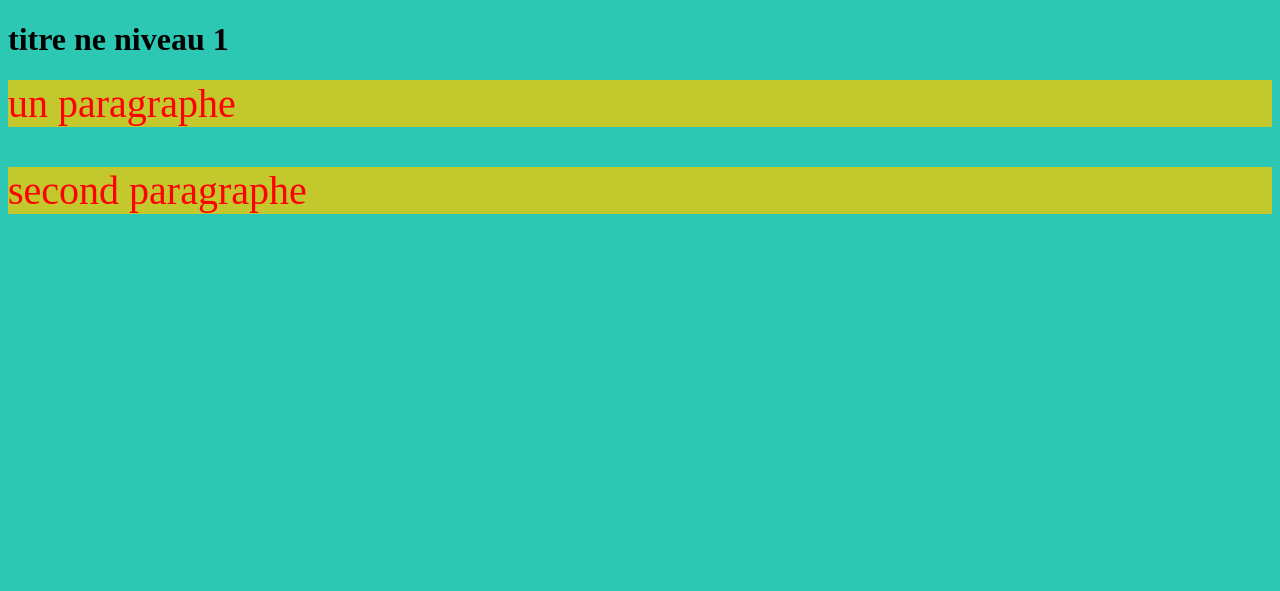
Repository: Poulpyto/fitec
Page: workspaceHtmlFlo/PremierTp_htmlCss/WebContent/htmlEtCss.html
The author's editor kept a copy of each file at every save. The page is drawn from the files as they stood at one save, then again after the next save.
The browser window is 1280 px wide. The pictures show the whole page.

Above is the page before, as saved 2017-04-03 12:41:54.

### workspaceHtmlFlo/PremierTp_htmlCss/WebContent/htmlEtCss.html
<!DOCTYPE html>
<html>
	<head>
		<meta charset="UTF-8">
		<title>HTML et CSS</title>
		<link rel="stylesheet" href="css/style.css" />
	</head>
	<body>
		<h1>titre ne niveau 1</h1>
		<p>un paragraphe</p>
		<p>second paragraphe</p>
	</body>
</html>

### workspaceHtmlFlo/PremierTp_htmlCss/WebContent/css/style.css
@CHARSET "UTF-8";

body{
	background-color: #2CC8B4;
}

p{
	background-color: #C3C82C;/*couleur de fond*/
	font-family: cursive;/*type de police*/
	font-size: 40px;/*taille police*/
	color: red;/*couleur decriture*/
	margin-top: 20px;
}

After the next save:
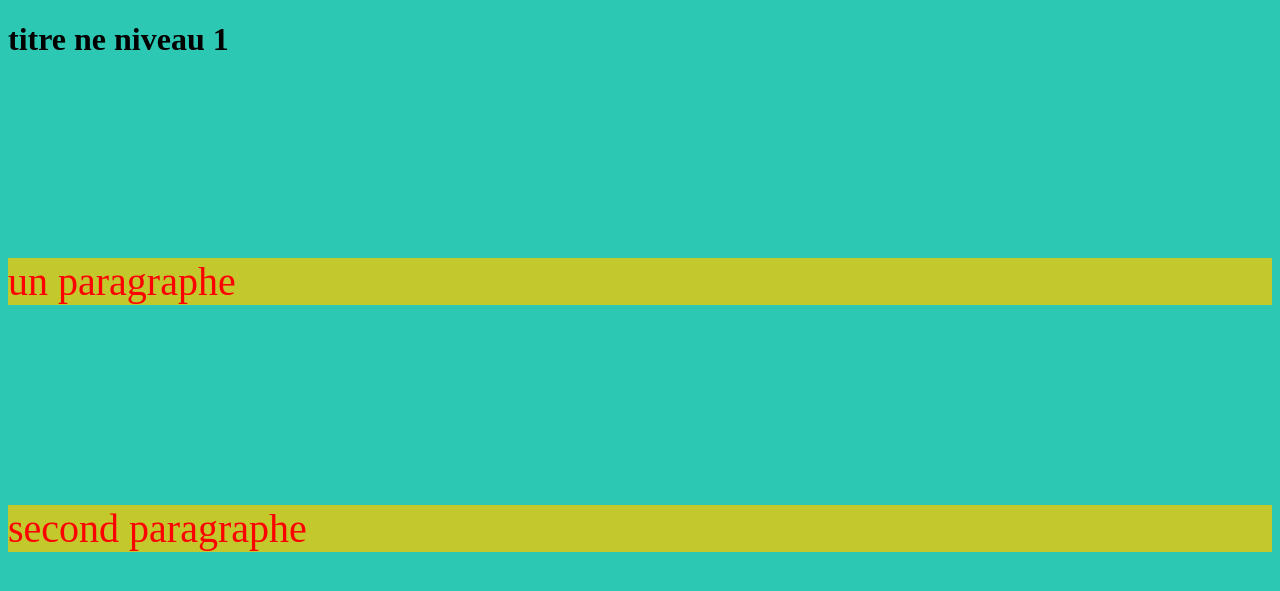
Saved 8 s later.
--- a/workspaceHtmlFlo/PremierTp_htmlCss/WebContent/css/style.css
+++ b/workspaceHtmlFlo/PremierTp_htmlCss/WebContent/css/style.css
@@ -9,5 +9,5 @@ p{
 	font-family: cursive;/*type de police*/
 	font-size: 40px;/*taille police*/
 	color: red;/*couleur decriture*/
-	margin-top: 20px;
+	margin-top: 200px;
 }
